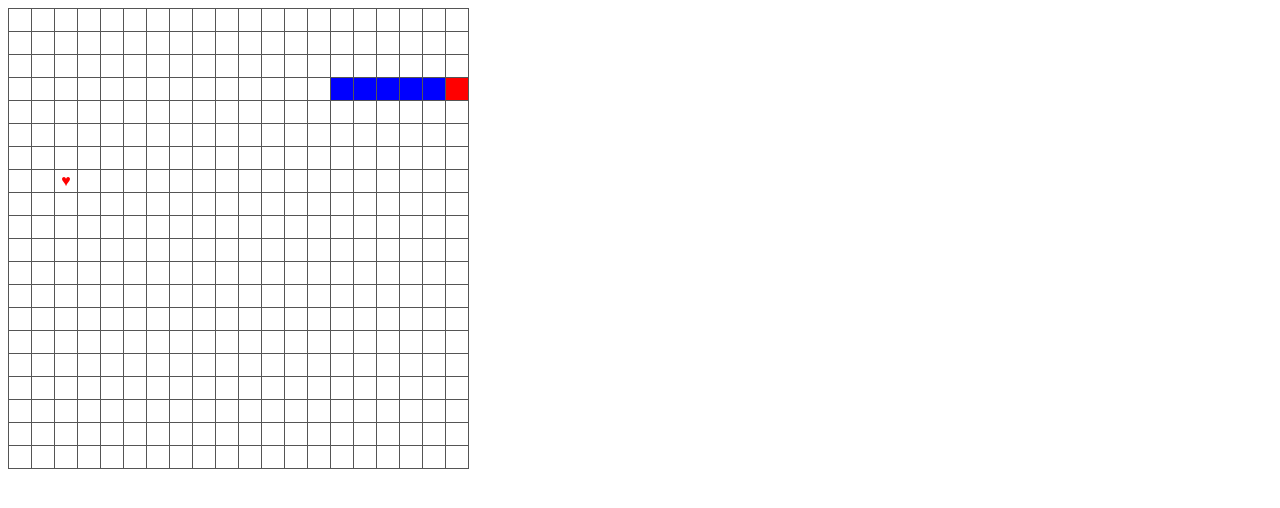
Repository: ycsheng/Games
Page: 01_snake/index.html
These files come from the project's save history. The page is drawn as it stood at one moment and after the next save; the edit follows.
The browser window is 1280 px wide. The pictures show the whole page.

Above is the page before, as saved 2021-09-18 16:58:35.

After the next save:
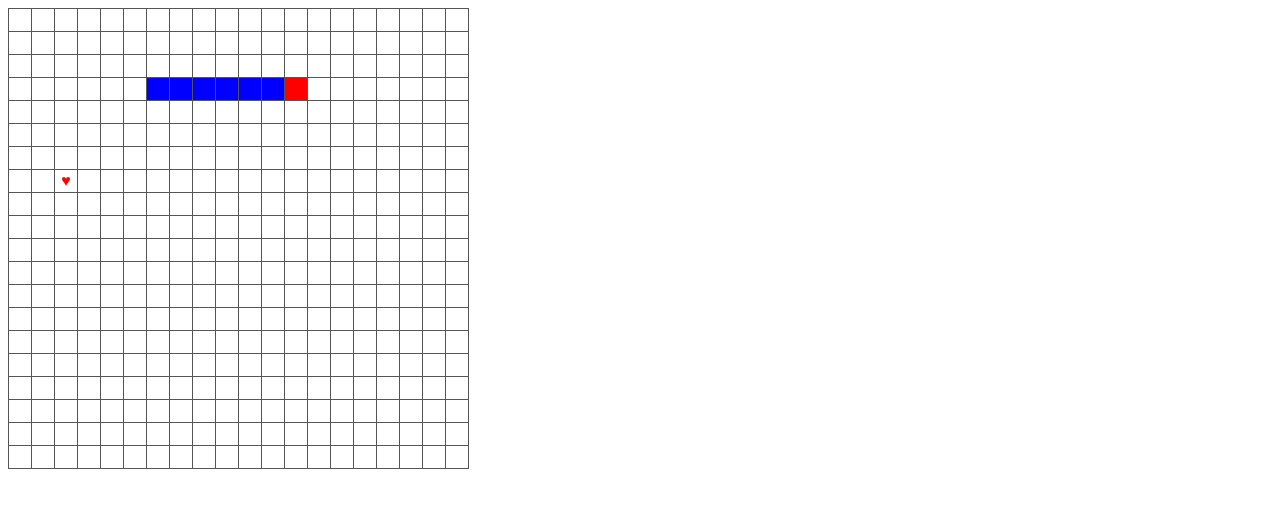
Saved 116 s later.
--- a/01_snake/js/Game.js
+++ b/01_snake/js/Game.js
@@ -106,12 +106,11 @@ Game.prototype.start = function() {
     game.clear();
 
     // 蛇的运动,蛇变长时，速度加快
-
-    game.snake.update();
+    var during = game.snake.body.length < 30 ? 30 - game.snake.body.length : 1;
+    game.f % during == 0 && game.snake.update();
 
     // 渲染蛇
     game.snake.render();
-
     // 渲染食物
     game.food.render();
   }, 50)
